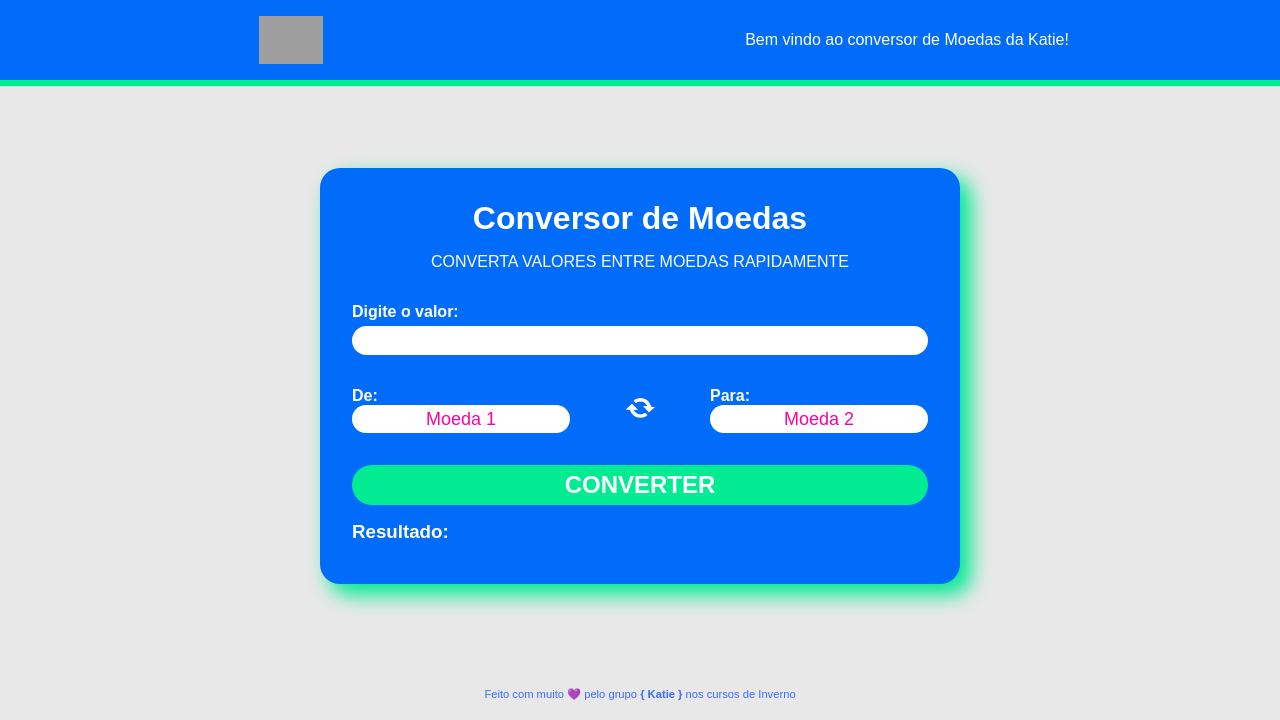
Repository: willamesalmeida/Conversor-de-Moedas
Page: index.html
The author's editor kept a copy of each file at every save. The page is drawn from the files as they stood at one save, then again after the next save.
The browser window is 1280 px wide. The pictures show the whole page.
Pictures or frames that could not be fetched are drawn as grey boxes.

Above is the page before, as saved 2022-08-07 17:49:49.

After the next save:
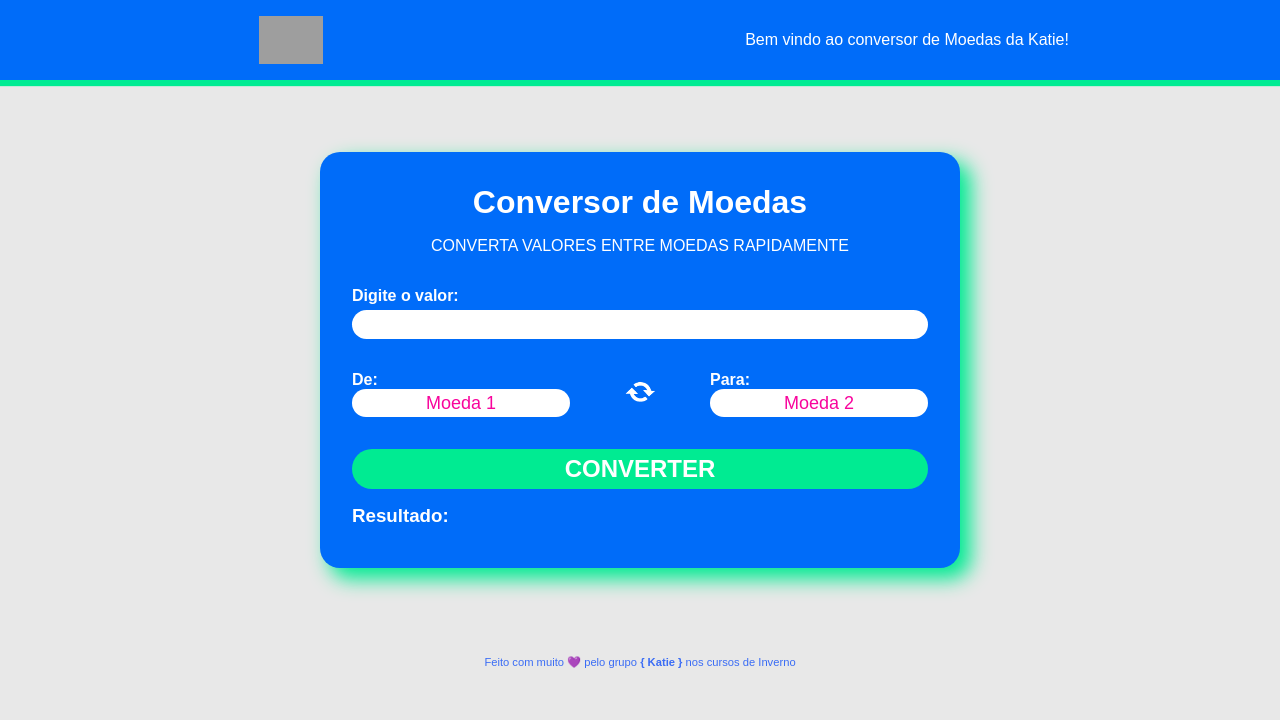
Saved 6 s later.
--- a/styles.css
+++ b/styles.css
@@ -29,7 +29,7 @@
   height: 26rem;
   border-radius: 20px;
   padding: 2rem;
-  margin: 3rem auto;
+  margin: 2rem auto;
   box-shadow: 10px 10px 20px 1px var(--greengreen)
 }
 
